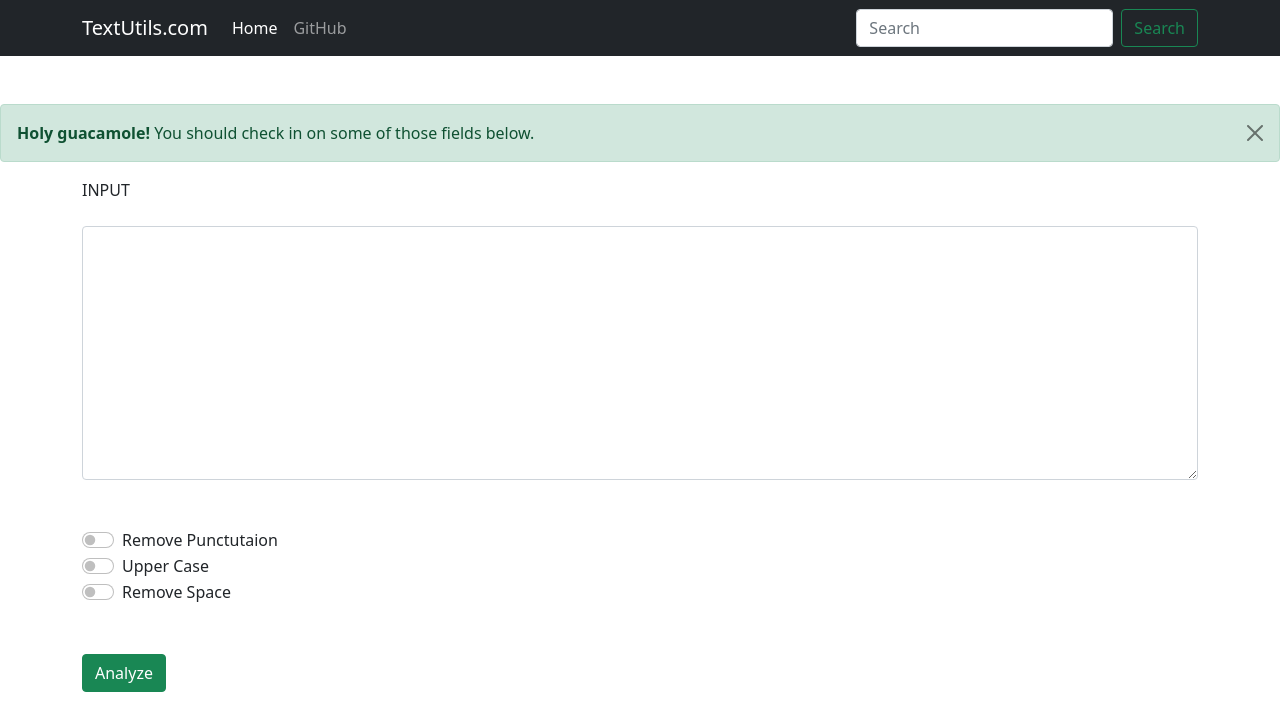
Repository: thenameisshreyank/Textutility
Page: http://localhost/
The author's editor kept a copy of each file at every save. The page is drawn from the files as they stood at one save, then again after the next save.
The browser window is 1280 px wide. The pictures show the whole page.
The page is served by the project's application, run on Django 4.2 (manage.py).

Above is the page before, as saved 2022-04-15 11:07:19.

After the next save:
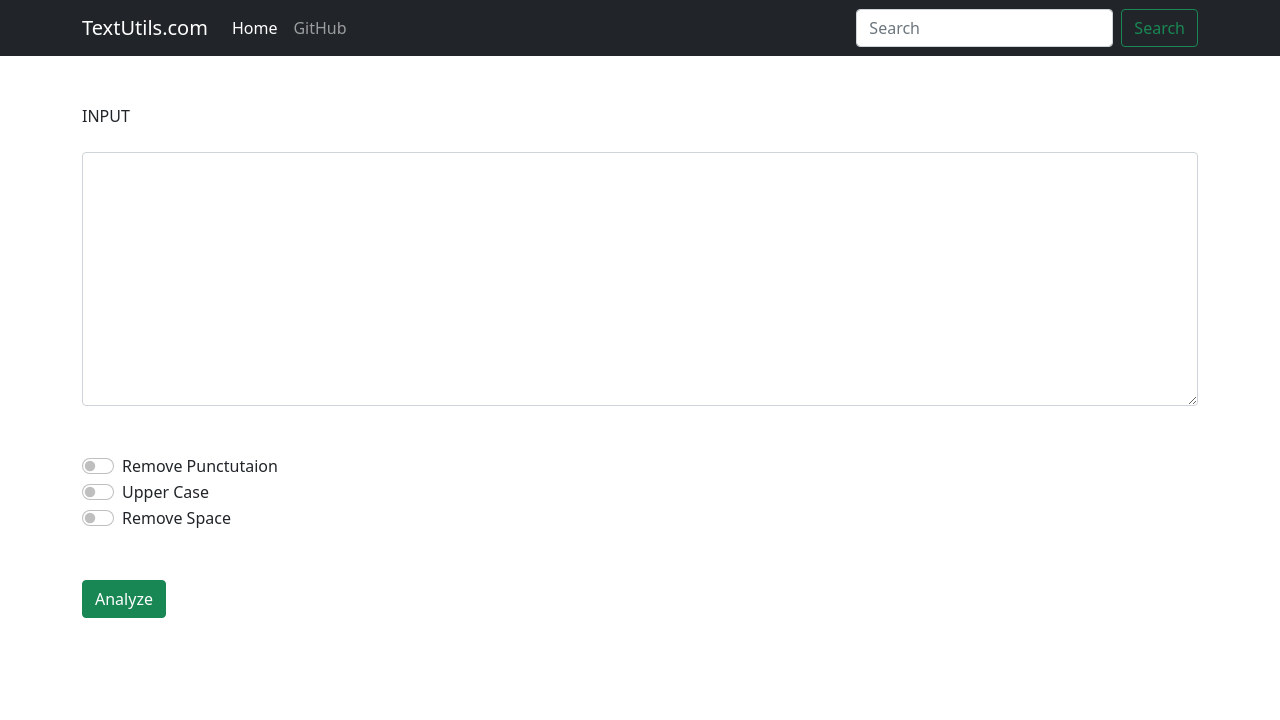
Saved 6 s later.
--- a/templates/index.html
+++ b/templates/index.html
@@ -36,10 +36,6 @@
         </div>
       </nav><br><br>
       <form action="analyze" method="get">
-        <div class="alert alert-success alert-dismissible fade show" role="alert">
-          <strong>Holy guacamole!</strong> You should check in on some of those fields below.
-          <button type="button" class="btn-close" data-bs-dismiss="alert" aria-label="Close"></button>
-        </div>
         <div class="container">
 
         <div class="form-group">
